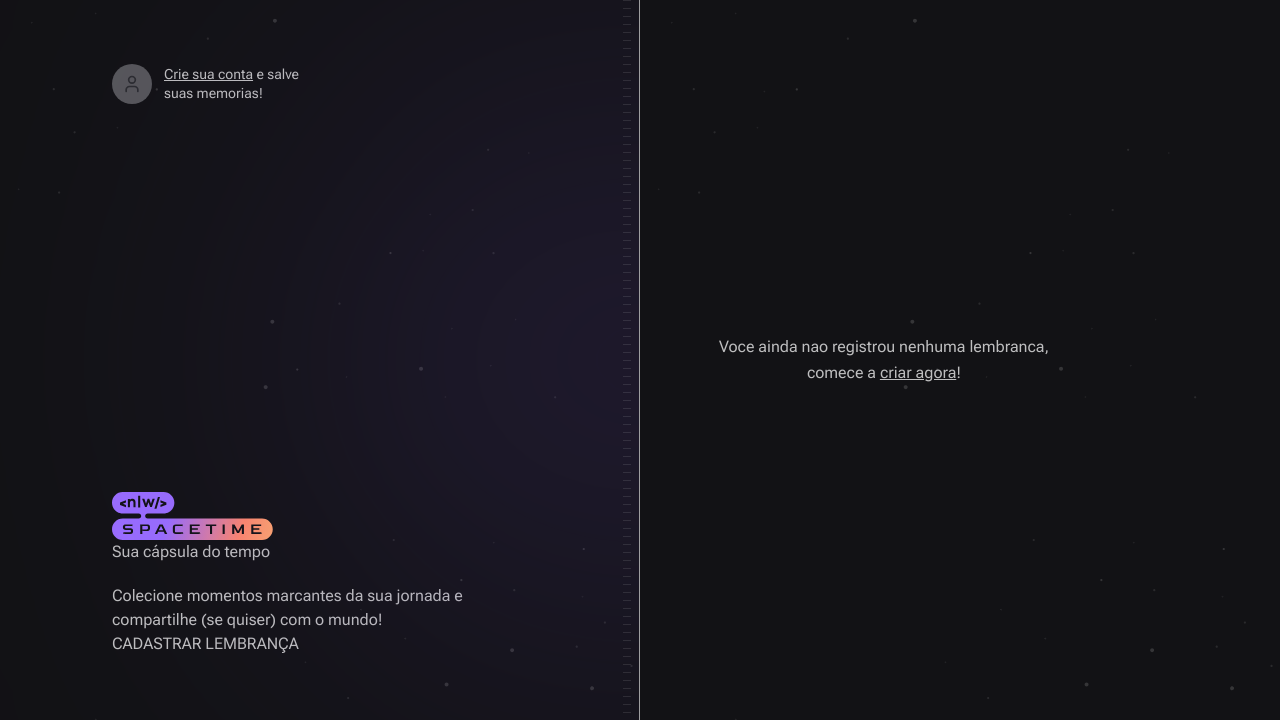
Repository: viniimartins/NLWSpacetime
Page: /
The author's editor kept a copy of each file at every save. The page is drawn from the files as they stood at one save, then again after a run of saves.
The browser window is 1280 px wide. The pictures show the whole page.
Some web fonts or font styles are not loaded; a fallback is used. The project was rebuilt for these pictures with package versions that can differ from the ones it lists, and the page was loaded fresh each time. The framework's server and built-in components were replaced by stand-ins that run in the browser. Also part of the build but not shown: next.config.js.

Above is the page before, as saved 2023-05-28 19:46:30.

After the next 4 saves:
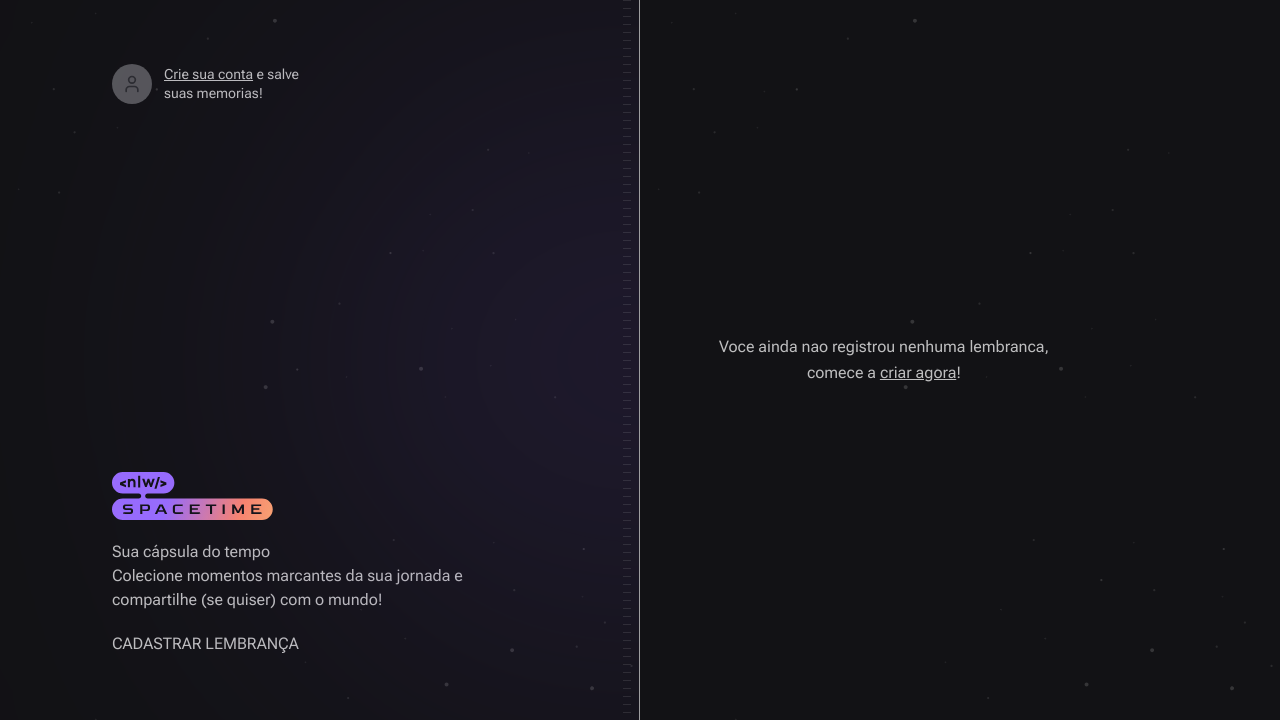
The 4 saves are shown as one change because they came seconds apart.
The last was saved 28 s later.
--- a/src/app/page.tsx
+++ b/src/app/page.tsx
@@ -31,10 +31,10 @@ export default function Home() {
 
         {/* Hero */}
 
-        <div>
-          <Image src={nlwLogo} alt="" />
+        <div className="space-y-5">
+          <Image src={nlwLogo} alt="NLW Spacetime" />
 
-          <div className="space-y-5">
+          <div>
             <h1>Sua cápsula do tempo</h1>
             <p>
               Colecione momentos marcantes da sua jornada e compartilhe (se
